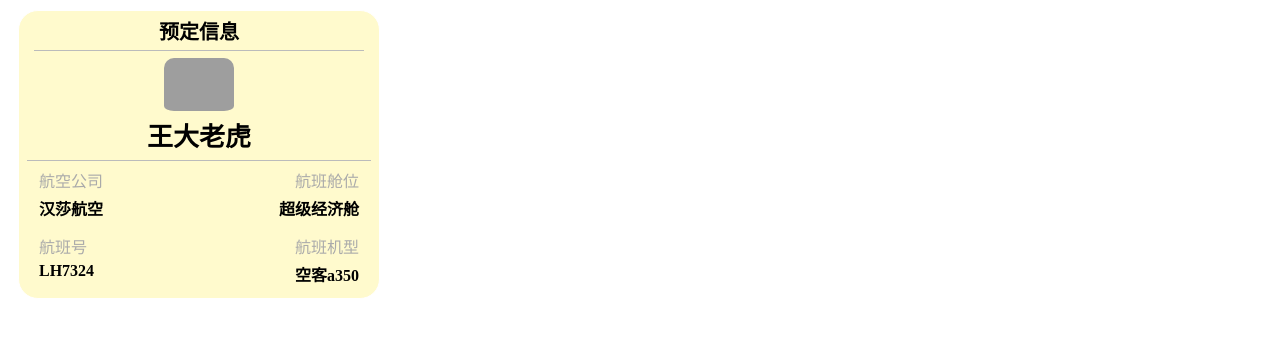
Repository: xzm1997/react-learning
Page: /
The author's editor kept a copy of each file at every save. The page is drawn from the files as they stood at one save, then again after the next save.
The browser window is 1280 px wide. The pictures show the whole page.
Pictures or frames that could not be fetched are drawn as grey boxes. The project was rebuilt for these pictures with package versions that can differ from the ones it lists, and the page was loaded fresh each time.

Above is the page before, as saved 2023-01-31 11:12:51.

After the next save:
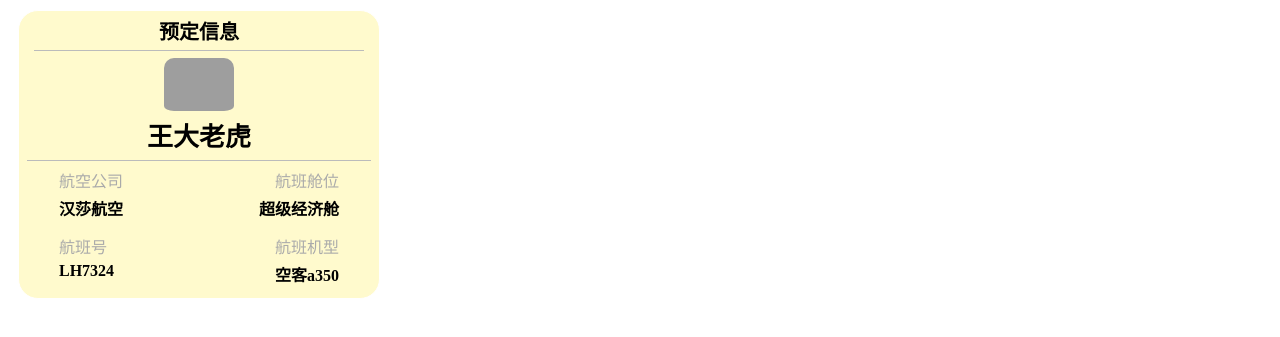
Saved 4 s later.
--- a/src/index.css
+++ b/src/index.css
@@ -64,7 +64,7 @@
 }
 
 .infoItem {
-  width: 160px;
+  width: 140px;
 }
 
 .rightSide {
